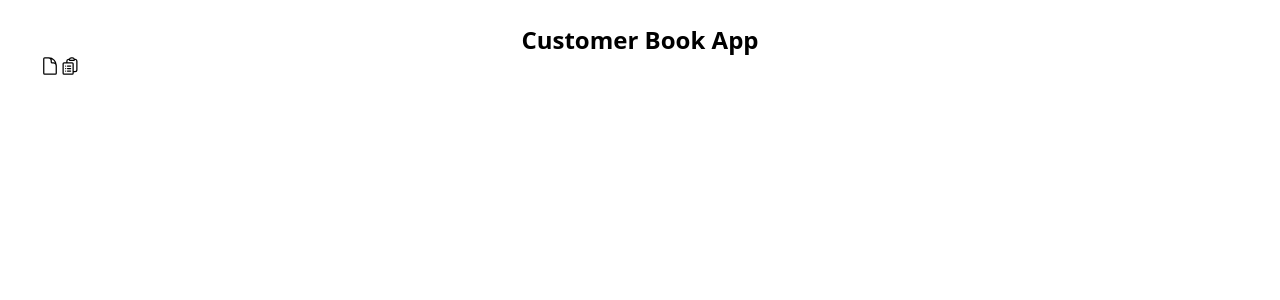
Repository: higirobruce/customerbookapp
Page: /
The author's editor kept a copy of each file at every save. The page is drawn from the files as they stood at one save, then again after the next save.
The browser window is 1280 px wide. The pictures show the whole page.
The project was rebuilt for these pictures with package versions that can differ from the ones it lists, and the page was loaded fresh each time. The framework's server and built-in components were replaced by stand-ins that run in the browser. Also part of the build but not shown: next.config.js, components/layout/sidebar.js.

Above is the page before, as saved 2022-11-24 16:32:26.

### pages/index.js
import Head from "next/head";
import Image from "next/image";
import Sidebar from "../components/layout/sidebar";
import MainScreen from "../components/layout/mainScreen";

const Home = () => {
  return (
    <div className="flex min-h-screen flex-row">
      {/* <Sidebar /> */}
      <MainScreen />
    </div>
  );
};

export default Home;

### components/layout/mainScreen.js
import React from "react";
import {
  DocumentIcon,
  ClipboardDocumentListIcon
} from '@heroicons/react/24/outline'


export default function MainScreen() {
  return (
    <div className="flex flex-col w-full pt-6">
      {/* header */}
      <div className="flex justify-center text-2xl font-semibold">
        Customer Book App
      </div>
      {/* Menu bar */}
      <div className="flex flex-row px-10">
        <DocumentIcon className="h-5 w-5"/>
        <ClipboardDocumentListIcon className="h-5 w-5"/>
      </div>
      {/* Body */}
    </div>
  );
}

Loaded but not shown: pages/_app.tsx (common file); styles/globals.css (common file); tailwind.config.js (common file)

After the next save:
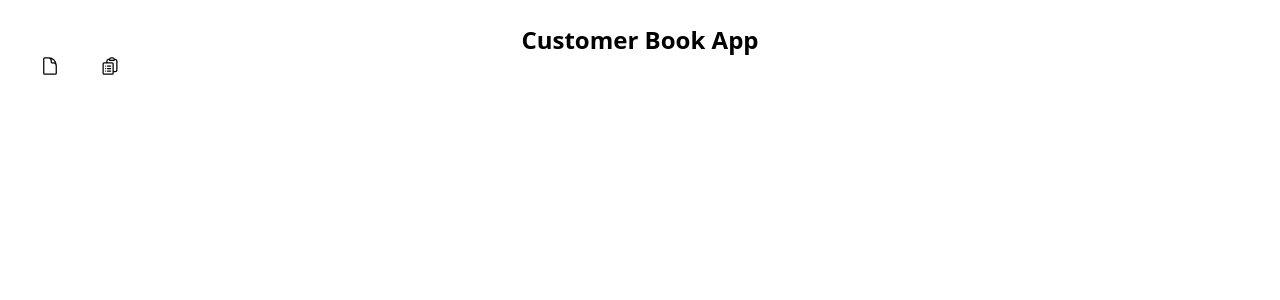
Saved 11 s later.
--- a/components/layout/mainScreen.js
+++ b/components/layout/mainScreen.js
@@ -13,7 +13,7 @@ export default function MainScreen() {
         Customer Book App
       </div>
       {/* Menu bar */}
-      <div className="flex flex-row px-10">
+      <div className="flex flex-row px-10 space-x-10">
         <DocumentIcon className="h-5 w-5"/>
         <ClipboardDocumentListIcon className="h-5 w-5"/>
       </div>
